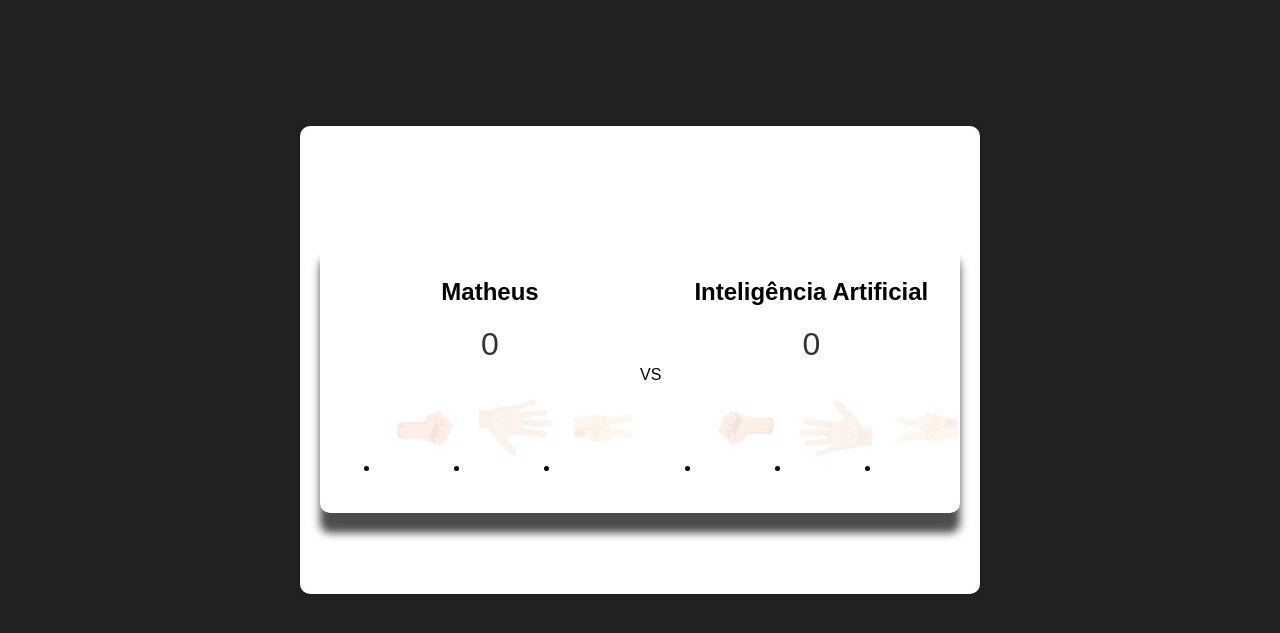
Repository: Matheus904-12/Pedra-Papel
Page: index.html
The author's editor kept a copy of each file at every save. The page is drawn from the files as they stood at one save, then again after the next save.
The browser window is 1280 px wide. The pictures show the whole page.

Above is the page before, as saved 2023-08-28 22:19:02.

After the next save:
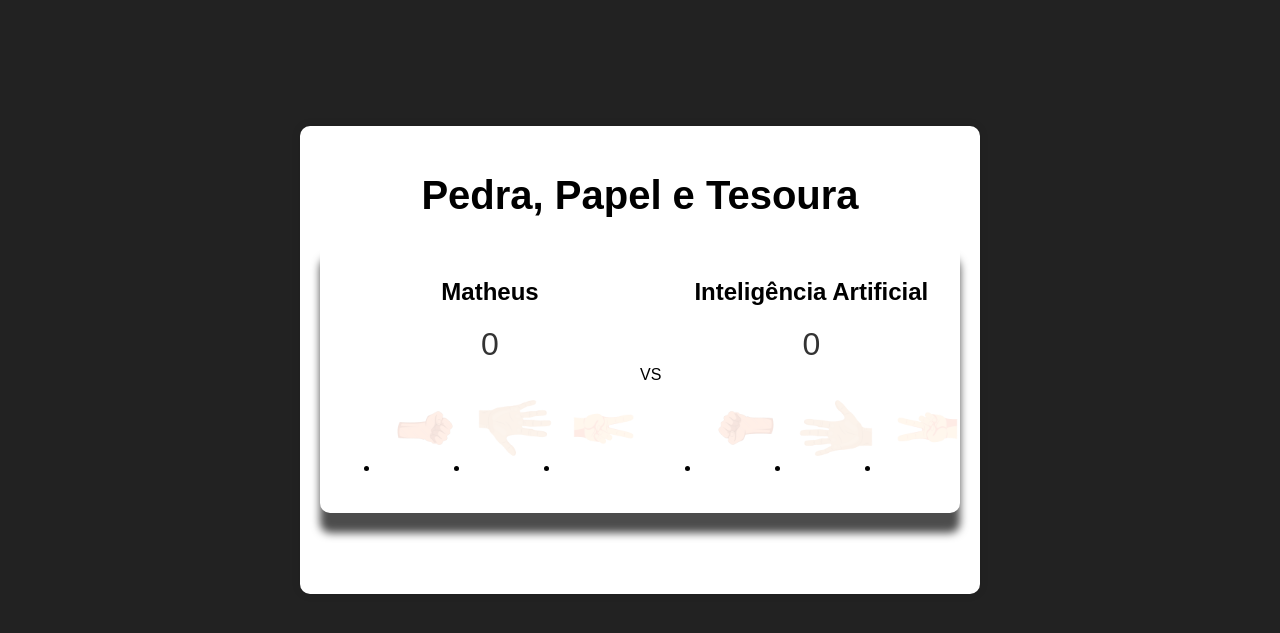
Saved 41 s later.
--- a/style.css
+++ b/style.css
@@ -40,7 +40,7 @@ body {
 /* Estilo do título */
 #titulo {
     font-size: 2.5rem;
-    color: #fff;
+    color: #000;
     margin-bottom: 20px;
 }
 
